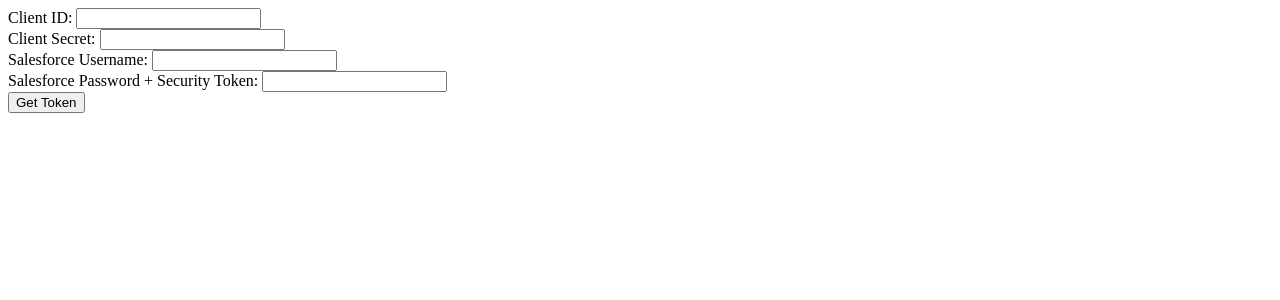
Repository: parveen95887/salesforceTest
Page: index.html
The author's editor kept a copy of each file at every save. The page is drawn from the files as they stood at one save, then again after the next save.
The browser window is 1280 px wide. The pictures show the whole page.

Above is the page before, as saved 2024-09-06 10:52:28.

### index.html

<!DOCTYPE html>
<html lang="en">
<head>
    <meta charset="UTF-8">
    <meta name="viewport" content="width=device-width, initial-scale=1.0">
    <title>Document</title>
</head>
<body>
    <form id="oauthForm" action="https://login.salesforce.com/services/oauth2/token" method="POST">
        <input type="hidden" name="grant_type" value="password" />
        <label for="client_id">Client ID:</label>
        <input type="text" id="client_id" name="client_id" required /><br>

        <label for="client_secret">Client Secret:</label>
        <input type="password" id="client_secret" name="client_secret" required /><br>

        <label for="username">Salesforce Username:</label>
        <input type="text" id="username" name="username" required /><br>

        <label for="password">Salesforce Password + Security Token:</label>
        <input type="password" id="password" name="password" required /><br>

        <input type="submit" value="Get Token" />
    </form>
<script>
</script>
</body>
</html>

After the next save:
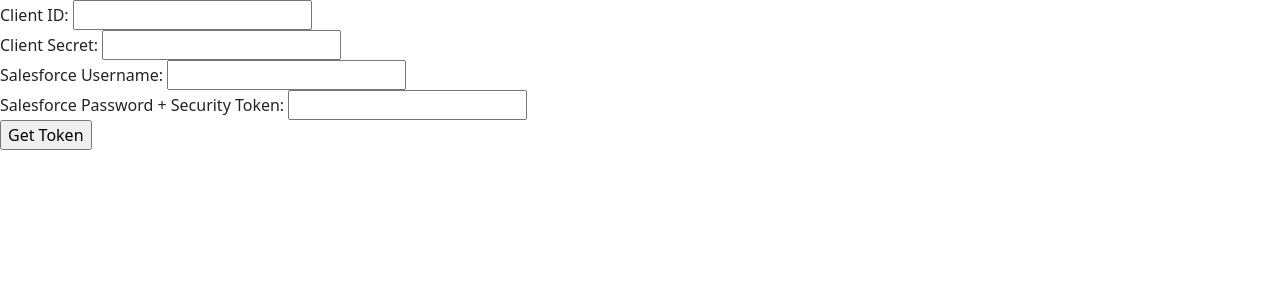
Saved 2 min 28 s later.
--- a/index.html
+++ b/index.html
@@ -5,6 +5,10 @@
     <meta charset="UTF-8">
     <meta name="viewport" content="width=device-width, initial-scale=1.0">
     <title>Document</title>
+    <link href="https://cdn.jsdelivr.net/npm/bootstrap@5.3.3/dist/css/bootstrap.min.css" rel="stylesheet"
+    integrity="sha384-QWTKZyjpPEjISv5WaRU9OFeRpok6YctnYmDr5pNlyT2bRjXh0JMhjY6hW+ALEwIH" crossorigin="anonymous">
+    <script src="https://cdn.jsdelivr.net/npm/bootstrap@5.3.3/dist/js/bootstrap.bundle.min.js"
+    integrity="sha384-YvpcrYf0tY3lHB60NNkmXc5s9fDVZLESaAA55NDzOxhy9GkcIdslK1eN7N6jIeHz" crossorigin="anonymous"></script>
 </head>
 <body>
     <form id="oauthForm" action="https://login.salesforce.com/services/oauth2/token" method="POST">
